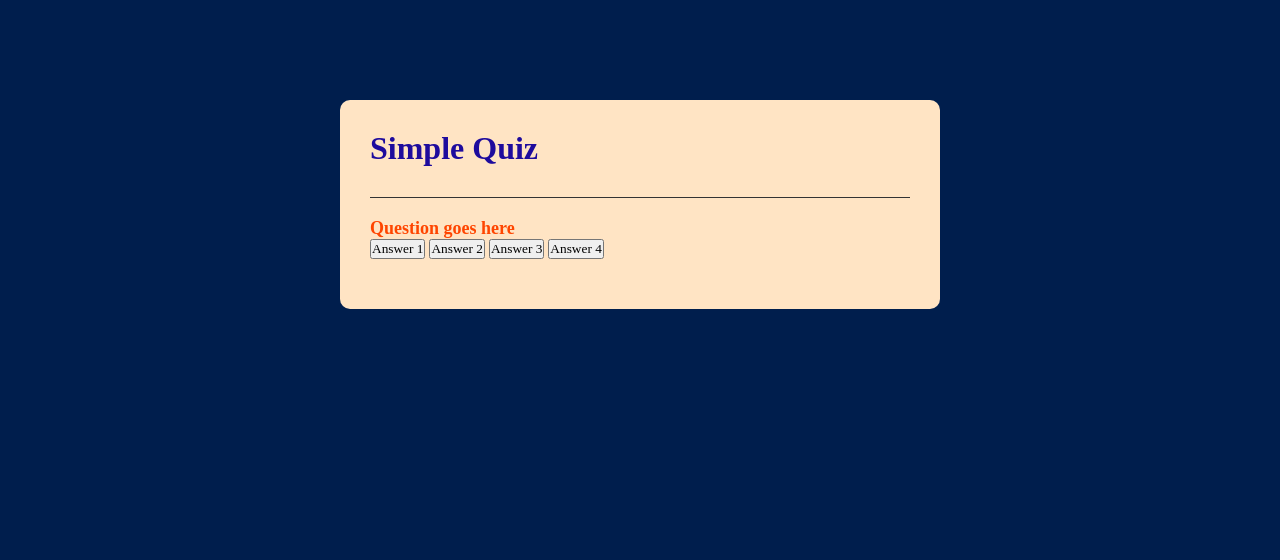
Repository: supriya123yadav/Quiz-project
Page: index.html
These files come from the project's save history. The page is drawn as it stood at one moment and after the next save; the edit follows.
The browser window is 1280 px wide. The pictures show the whole page.

Above is the page before, as saved 2024-07-07 15:49:46.

### index.html
<!DOCTYPE html>
<html lang="en">
<head>
    <meta charset="UTF-8">
    <meta name="viewport" content="width=device-width, initial-scale=1.0">
    <title>Quiz App - Easy Tutorials</title>
    <link rel="stylesheet" href="style.css">
</head>
<body>
    <div class="app">
        <h1>Simple Quiz</h1>
        <div class="quiz">
            <h2 id="question">Question goes here</h2>
            <div id="answer-buttons">
                <button class="btn">Answer 1</button>
                <button class="btn">Answer 2</button>
                <button class="btn">Answer 3</button>
                <button class="btn">Answer 4</button>


            </div>

        </div>

    </div>

</body>
</html>

### style.css
* {
    margin: 0px;
    padding: 0px;
    font-family: serif;
    box-sizing: border-box;

}
body{
    background: #001e4d;
}
.app{
    background:bisque;
    width: 90%;
    max-width: 600px;
    margin: 100px auto 0;
    border-radius: 10px;
    padding: 30px;

}
.app h1{
   font-weight: 25px;
   color: rgb(30, 11, 157);
   font-weight: 600px;
   border-bottom: 1px solid #333;
   padding-bottom: 30px;
}
.quiz{
    padding: 20px 0;

}
.quiz h2{
    font-size: 18px;
    color: orangered;


}

After the next save:
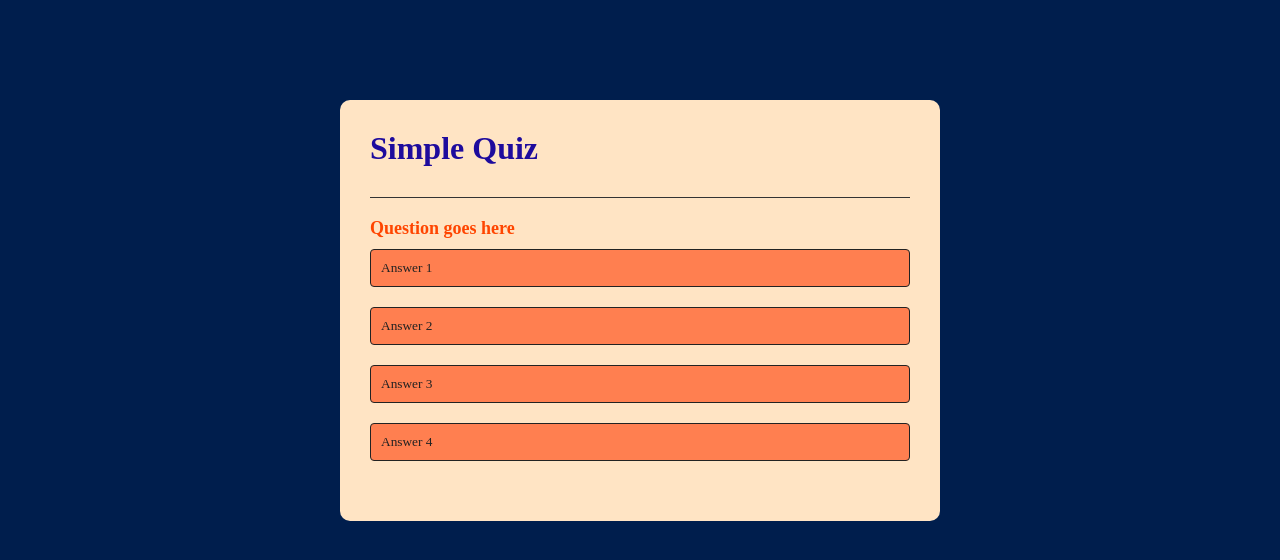
Saved 6 min 35 s later.
--- a/style.css
+++ b/style.css
@@ -31,6 +31,20 @@
 .quiz h2{
     font-size: 18px;
     color: orangered;
+    font-weight: 600;
+
+}
+.btn{
+    background: coral;
+    color: #222;
+    font-weight: 500;
+    width: 100%;
+    border: 1px solid #222;
+    padding: 10px;
+    margin: 10px 0;
+    text-align: left;
+    border-radius: 4px;
+    cursor: pointer;
 
 
 }
